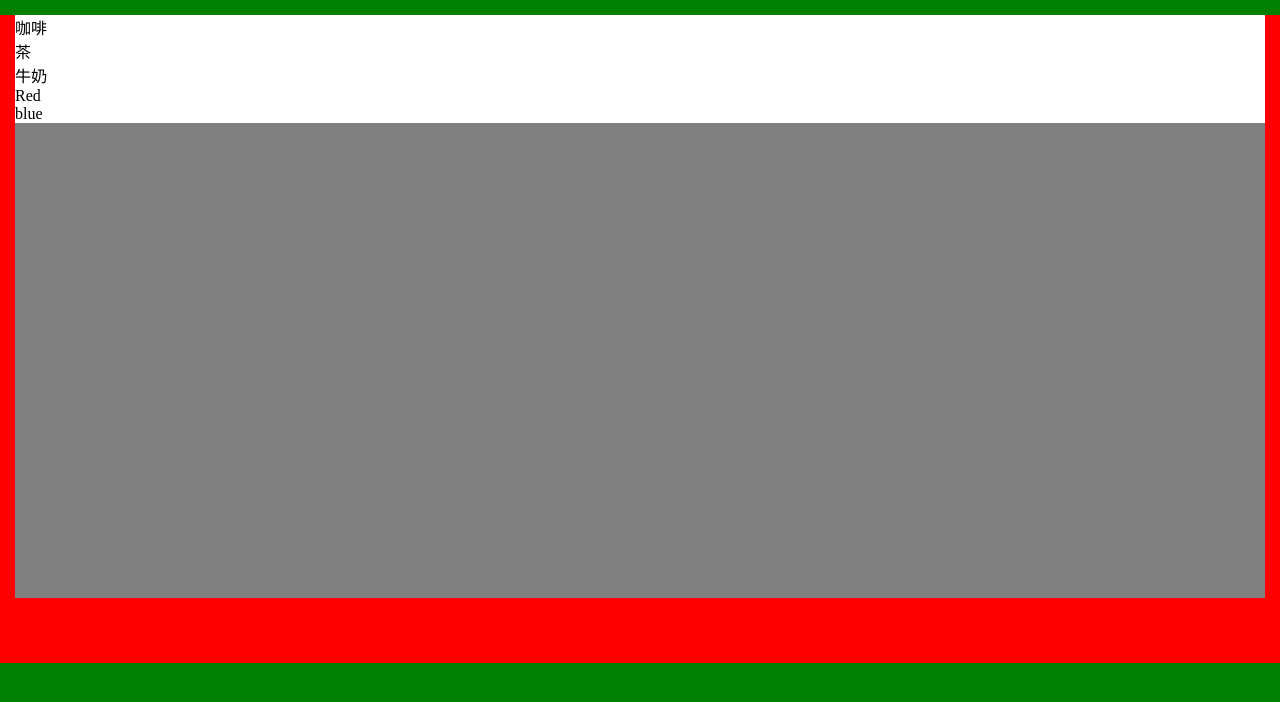
Repository: wangxinjun08231116/Html5Views
Page: WangXinJun/WebContent/htmls/ChangYongMark/Menu.html
An editor plug-in stored every save of this project. The page is shown before and after the next save, followed by the edit.
The browser window is 1280 px wide. The pictures show the whole page.

Above is the page before, as saved 2015-02-04 07:03:40.

### WangXinJun/WebContent/htmls/ChangYongMark/Menu.html
<!DOCTYPE html>
<html>
<head>
<meta http-equiv="Content-Type" content="text/html; charset=utf-8">
<title>test</title>
	<script type="text/javascript" src="/WangXinJun/js/ChangYongMark/Menu.js"></script>
 	<link href="/WangXinJun/css/ChangYongMark/menu.css" rel="stylesheet" type="text/css"/>
</head>
<body>

<!--divContainer  -->
<div class="divContainer" >

<ul>
  <li>咖啡</li>
  <li>茶</li>
  <li>牛奶</li>
</ul>

<menu>
	<li>Red</li>
	<li>blue</li>
</menu>

</div>

</body>
</html>

### WangXinJun/WebContent/css/ChangYongMark/menu.css
* {margin:0;padding:0;}

html{
	height:100%;width:100%;
	background-color:green;

}
body {height:90%;width:100%;
	background-color:red;
	vertical-align: middle;
}

.divContainer{
	/*body 对齐 html上边界  */
/* 		position:absolute;
 */		background-color:gray;
	    margin-top: 15px;
	    margin-left:15px;
	    margin-right:15px;
	  /*最好不要制定 宽度 ，通过margin来指定  */
/* 	    width:100%;
 */	    height:90%;
/* 	    text-align:center;
 */


	    /*控制y,是否进行剪切 */
  	  /*   overflow-x: hidden;  */
/*  	    border: 1px solid rgba(0, 0, 0, 0.1);
 */}


 ul{
  /* 无序列表，去掉前面的点 */
  list-style-type:none;
  background-color:white;
 }

 menu{
  /* menu，去掉前面的点 */
  list-style-type:none;
  background-color:white;
 }

Loaded but not shown: WangXinJun/WebContent/js/ChangYongMark/Menu.js (no copy from this time; the picture is the same without it)

After the next save:
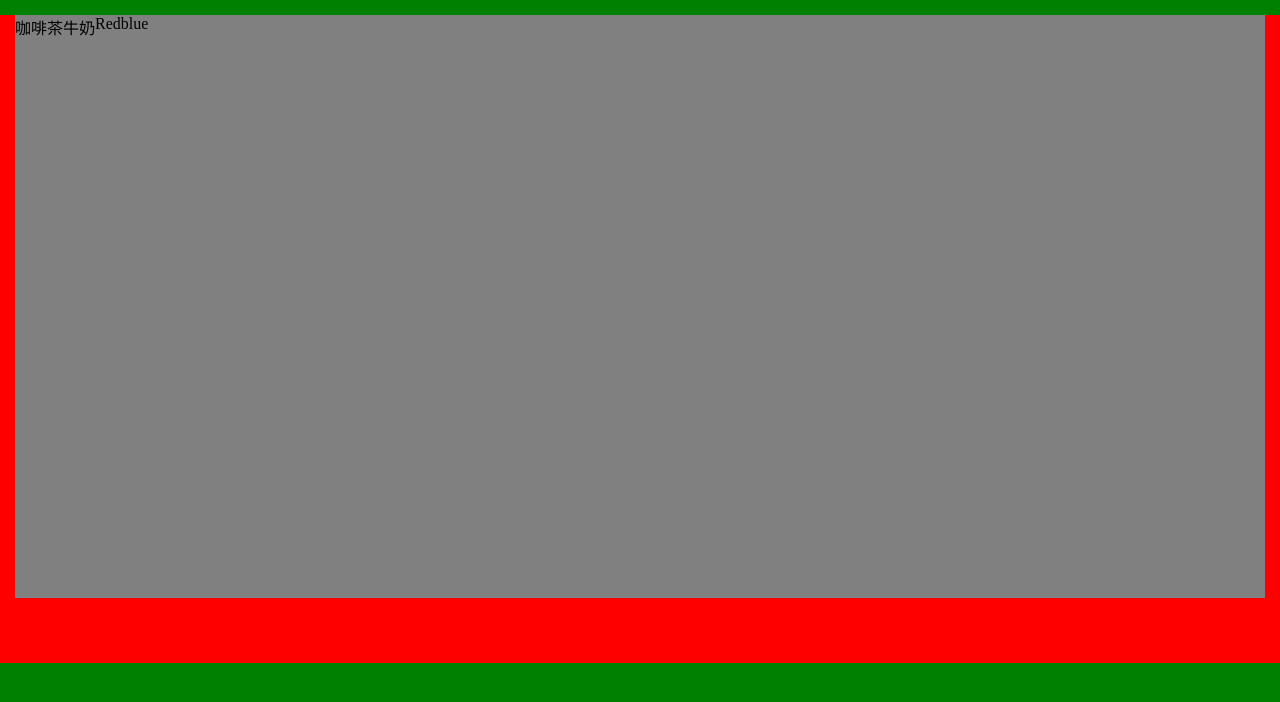
Saved 78 s later.
--- a/WangXinJun/WebContent/css/ChangYongMark/menu.css
+++ b/WangXinJun/WebContent/css/ChangYongMark/menu.css
@@ -41,3 +41,9 @@ body {height:90%;width:100%;
   list-style-type:none;
   background-color:white;
  }
+
+ li{
+ 	float:left;
+	height:40px;
+	background-color:gray;
+ }
